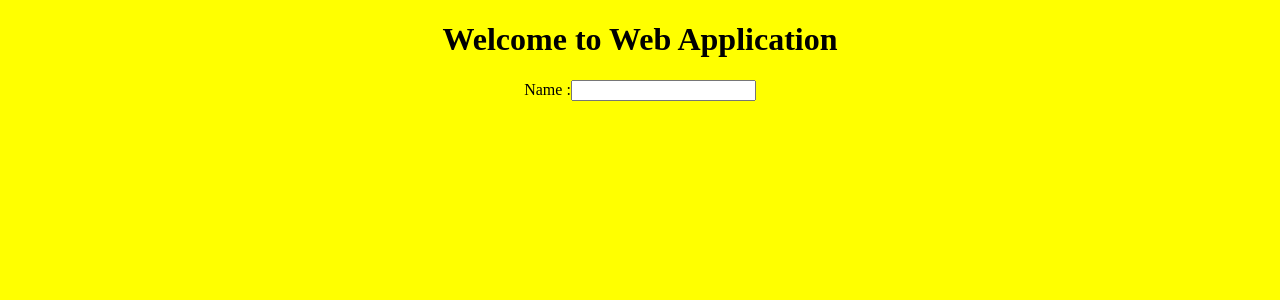
Repository: Thaneshwara848/Hibernate_BackEnd
Page: WedDemo1/src/main/webapp/HomePage.html
The author's editor kept a copy of each file at every save. The page is drawn from the files as they stood at one save, then again after the next save.
The browser window is 1280 px wide. The pictures show the whole page.

Above is the page before, as saved 2022-11-06 15:06:26.

### WedDemo1/src/main/webapp/HomePage.html
<!DOCTYPE html>
<html>
<head>
<meta charset="UTF-8">
<title>Insert title here</title>
</head>
<body bgcolor="yellow">
			<center>
				<h1>Welcome to Web Application </h1>
				Name  :<input type="text" name="uname">

			</center>

</body>
</html>

After the next save:
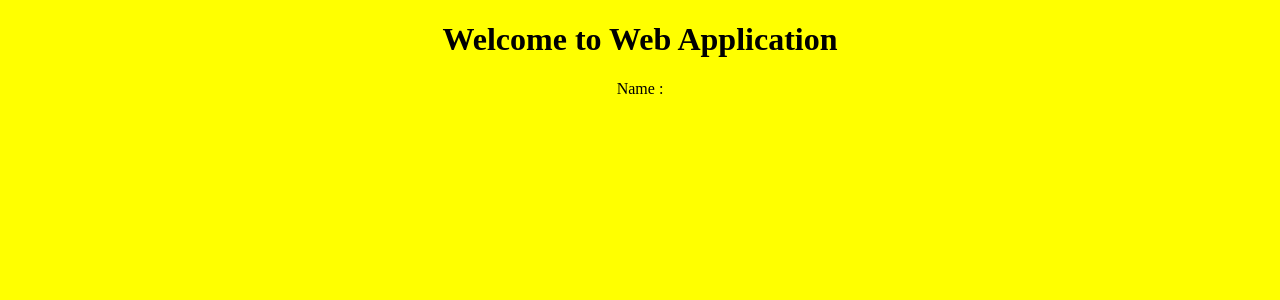
Saved 15 s later.
--- a/WedDemo1/src/main/webapp/HomePage.html
+++ b/WedDemo1/src/main/webapp/HomePage.html
@@ -7,7 +7,7 @@
 <body bgcolor="yellow">
 			<center>
 				<h1>Welcome to Web Application </h1>
-				Name  :<input type="text" name="uname">
+				Name  :
 
 			</center>
 

After the save that followed:
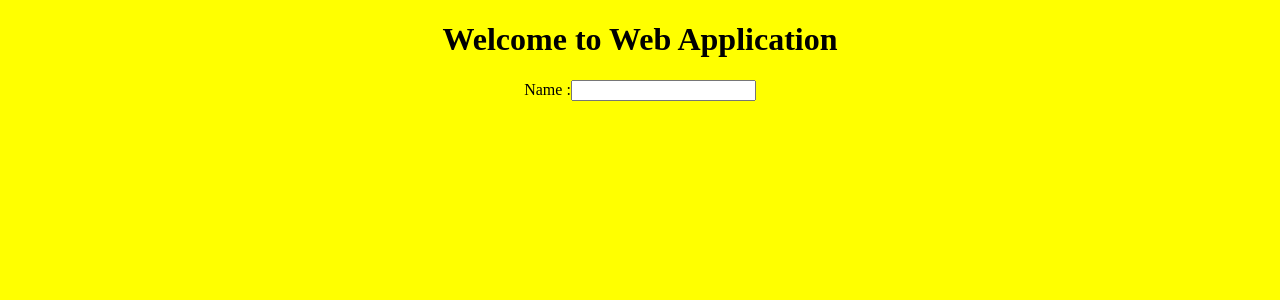
Saved 5 s later.
--- a/WedDemo1/src/main/webapp/HomePage.html
+++ b/WedDemo1/src/main/webapp/HomePage.html
@@ -7,7 +7,7 @@
 <body bgcolor="yellow">
 			<center>
 				<h1>Welcome to Web Application </h1>
-				Name  :
+				Name  :<input type="text" name="uname">
 
 			</center>
 
